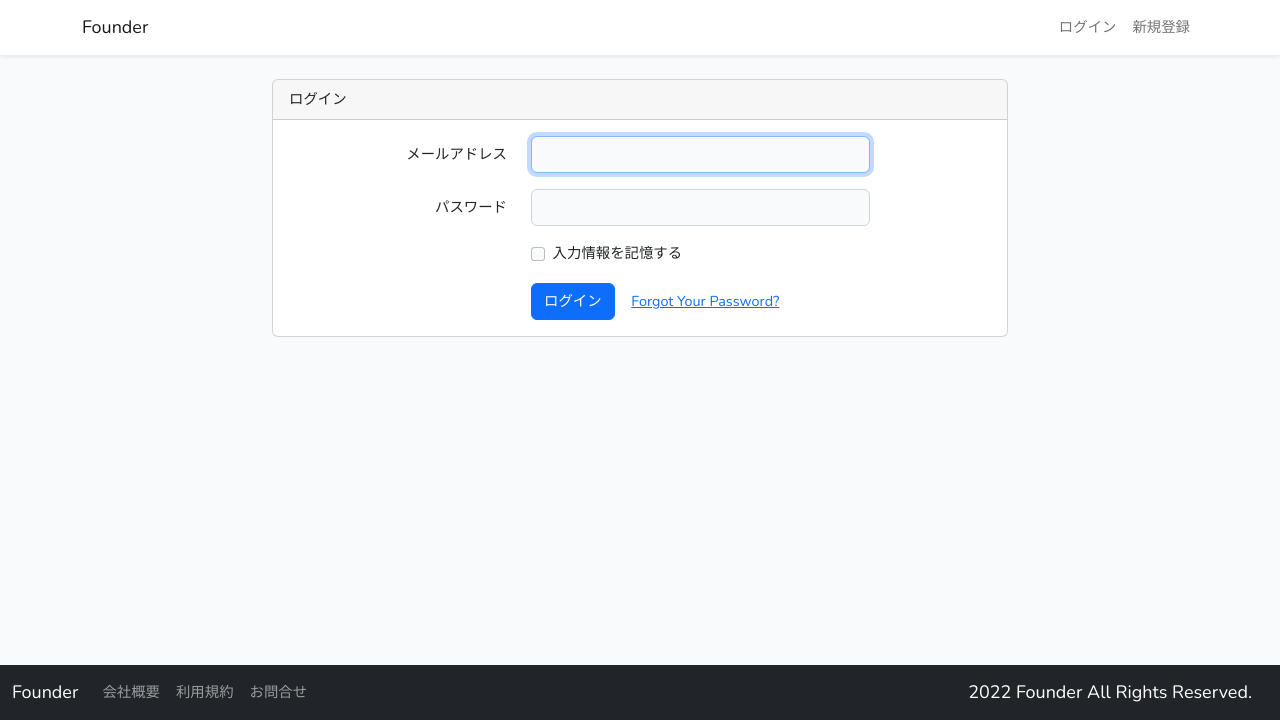
Repository: kazuro-yasuda/Founder_01
Page: http://localhost/login
The author's editor kept a record of every edit. The page is drawn from the files as they stood at one moment, then again after the next edit.
The browser window is 1280 px wide. The pictures show the whole page.
The page is served by the project's Laravel application, run on PHP 8.4 with Laravel 9. Other server files are loaded and not shown.

Above is the page before.
Console error: TypeError: Cannot set properties of null (setting 'onclick')

### cms/app/Providers/AppServiceProvider.php
<?php

namespace App\Providers;

use Illuminate\Support\ServiceProvider;
use Illuminate\Routing\UrlGenerator;//この行を追加

class AppServiceProvider extends ServiceProvider
{
    /**
     * Register any application services.
     *
     * @return void
     */
    public function register()
    {
        //
    }

    /**
     * Bootstrap any application services.
     *
     * @return void
     */
    public function boot(UrlGenerator $url)
    {
        $url->forceScheme('https');
    }
}

### cms/routes/web.php
<?php

use Illuminate\Support\Facades\Route;
use Illuminate\Http\Request;
use App\Http\Controllers\WelcomeFounderController;
use App\Http\Controllers\ItemsController;
use App\Http\Controllers\ItemController;
use App\Http\Controllers\ItemsAdminController;
use App\Http\Controllers\CompareController;
use App\Http\Controllers\MediumCategoryController;
use App\Http\Controllers\ImageController;
use App\Http\Controllers\ItemDetailController;



/*
|--------------------------------------------------------------------------
| Web Routes
|--------------------------------------------------------------------------
|
| Here is where you can register web routes for your application. These
| routes are loaded by the RouteServiceProvider within a group which
| contains the "web" middleware group. Now create something great!
|
*/
//[ ユーザー側の画面関係]

//トップページ表示
Route::get('/', [WelcomeFounderController::class, 'index']);

//中カテゴリーページ表示
Route::get('/categories',  [MediumCategoryController::class, 'index']);

//商品一覧ページ表示
Route::get('/items',   [ItemsController::class, 'index']);

// いいねボタン
 Route::post('/items/{item_id}', [ItemsController::class, 'nice']);

//商品詳細ページ表示
Route::get('/item/{id}', [ItemController::class, 'index']);


//「気になるボタン」uniteテーブル・中間テーブルに保存
Route::post('/compare/create', [CompareController::class, 'create']);

//「気になるボタン」比較ページ表示
Route::post('/compare/{item_unite_id}', [CompareController::class, 'intereste']);

//中間テーブルのデータをもとに比較画面表示
//Route::get('/compare/{unite_id}', [CompareController::class, 'index']);





//[ 管理者側の画面関係]
// ①商品の追加ダッシュボード表示(items_admin.blade.php)
 Route::get('/items_admin', [ItemsAdminController::class, 'index']);

 // ②商品を追加
 Route::post('/add_item', [ItemsAdminController::class, 'store']);


// //③商品更新処理
// Route::post('/@@@',[ItemsAdminController::class, 'update']);

// //④商品削除
// Route::delete('/@@@k/{@@@}',[ItemsAdminController::class, 'destroy']);


//画像アップロード画面表示
//Route::get('/image', [ImageController::class, 'index']);

//画像アップロード処理
//Route::post('/image/upload',[ImageController::class, 'upload']);




Auth::routes();

Route::get('/home', [App\Http\Controllers\HomeController::class, 'index'])->name('home');

### cms/resources/views/auth/login.blade.php
@extends('layouts.app')

@section('content')
<div class="container">
    <div class="row justify-content-center">
        <div class="col-md-8">
            <div class="card">
                <div class="card-header">{{ __('ログイン') }}</div>

                <div class="card-body">
                    <form method="POST" action="{{ route('login') }}">
                        @csrf

                        <div class="row mb-3">
                            <label for="email" class="col-md-4 col-form-label text-md-end">{{ __('メールアドレス') }}</label>

                            <div class="col-md-6">
                                <input id="email" type="email" class="form-control @error('email') is-invalid @enderror" name="email" value="{{ old('email') }}" required autocomplete="email" autofocus>

                                @error('email')
                                    <span class="invalid-feedback" role="alert">
                                        <strong>{{ $message }}</strong>
                                    </span>
                                @enderror
                            </div>
                        </div>

                        <div class="row mb-3">
                            <label for="password" class="col-md-4 col-form-label text-md-end">{{ __('パスワード') }}</label>

                            <div class="col-md-6">
                                <input id="password" type="password" class="form-control @error('password') is-invalid @enderror" name="password" required autocomplete="current-password">

                                @error('password')
                                    <span class="invalid-feedback" role="alert">
                                        <strong>{{ $message }}</strong>
                                    </span>
                                @enderror
                            </div>
                        </div>

                        <div class="row mb-3">
                            <div class="col-md-6 offset-md-4">
                                <div class="form-check">
                                    <input class="form-check-input" type="checkbox" name="remember" id="remember" {{ old('remember') ? 'checked' : '' }}>

                                    <label class="form-check-label" for="remember">
                                        {{ __('入力情報を記憶する') }}
                                    </label>
                                </div>
                            </div>
                        </div>

                        <div class="row mb-0">
                            <div class="col-md-8 offset-md-4">
                                <button type="submit" class="btn btn-primary">
                                    {{ __('ログイン') }}
                                </button>

                                @if (Route::has('password.request'))
                                    <a class="btn btn-link" href="{{ route('password.request') }}">
                                        {{ __('Forgot Your Password?') }}
                                    </a>
                                @endif
                            </div>
                        </div>
                    </form>
                </div>
            </div>
        </div>
    </div>
</div>
@endsection

### cms/resources/views/layouts/app.blade.php
<!doctype html>
<html lang="{{ str_replace('_', '-', app()->getLocale()) }}">
<head>
    <meta charset="utf-8">
    <meta name="viewport" content="width=device-width, initial-scale=1">

    <!-- CSRF Token -->
    <meta name="csrf-token" content="{{ csrf_token() }}">

    <title>{{ config('app.name', 'Laravel') }}</title>

    <!-- Scripts -->
    <script src="{{ asset('js/app.js') }}" defer></script>
    <script src="{{ asset('js/intereste_btn.js') }}" defer></script>

    <!-- Fonts -->
    <link rel="dns-prefetch" href="//fonts.gstatic.com">
    <link href="https://fonts.googleapis.com/css?family=Nunito" rel="stylesheet">

    <!-- Styles -->
    <link href="{{ asset('css/app.css') }}" rel="stylesheet">
    <link href="{{ asset('css/items_ranking.css') }}" rel="stylesheet">

</head>
<body>
    <div id="app">
        <nav class="navbar navbar-expand-md navbar-light bg-white shadow-sm">
            <div class="container">

                <a class="navbar-brand" href="{{ url('/categories') }}">
                    {{ config('app.name', 'Founder') }}
                </a>
                <button class="navbar-toggler" type="button" data-bs-toggle="collapse" data-bs-target="#navbarSupportedContent" aria-controls="navbarSupportedContent" aria-expanded="false" aria-label="{{ __('Toggle navigation') }}">
                    <span class="navbar-toggler-icon"></span>
                </button>

                <div class="collapse navbar-collapse" id="navbarSupportedContent">
                    <!-- Left Side Of Navbar -->
                    <ul class="navbar-nav me-auto">

                    </ul>

                    <!-- Right Side Of Navbar -->
                    <ul class="navbar-nav ms-auto">
                        <!-- Authentication Links -->
                        @guest
                            @if (Route::has('login'))
                                <li class="nav-item">
                                    <a class="nav-link" href="{{ route('login') }}">{{ __('ログイン') }}</a>
                                </li>
                            @endif

                            @if (Route::has('register'))
                                <li class="nav-item">
                                    <a class="nav-link" href="{{ route('register') }}">{{ __('新規登録') }}</a>
                                </li>
                            @endif
                        @else
                            <li class="nav-item dropdown">
                                <a id="navbarDropdown" class="nav-link dropdown-toggle" href="#" role="button" data-bs-toggle="dropdown" aria-haspopup="true" aria-expanded="false" v-pre>
                                    {{ Auth::user()->name }}
                                </a>

                                <div class="dropdown-menu dropdown-menu-end" aria-labelledby="navbarDropdown">
                                    <a class="dropdown-item" href="{{ route('logout') }}"
                                       onclick="event.preventDefault();
                                                     document.getElementById('logout-form').submit();">
                                        {{ __('Logout') }}
                                    </a>

                                    <form id="logout-form" action="{{ route('logout') }}" method="POST" class="d-none">
                                        @csrf
                                    </form>
                                </div>
                            </li>
                        @endguest
                    </ul>
                </div>
            </div>
        </nav>

        <main class="py-4">
            @yield('content')
        </main>
    </div>



    <!--フッター-->
  <nav class="navbar fixed-bottom navbar-expand-sm navbar-dark bg-dark">
  <div class="container-fluid">
    <a class="navbar-brand" href="/">Founder</a>
    <button class="navbar-toggler" type="button" data-bs-toggle="collapse" data-bs-target="#navbarCollapse" aria-controls="navbarCollapse" aria-expanded="false" aria-label="Toggle navigation">
      <span class="navbar-toggler-icon"></span>
    </button>
    <div class="collapse navbar-collapse" id="navbarCollapse">
      <ul class="navbar-nav">

        <li class="nav-item">
          <a class="nav-link" href="#">会社概要</a>
        </li>
            <li class="nav-item">
          <a class="nav-link" href="#">利用規約</a>
        </li>
            <li class="nav-item">
          <a class="nav-link" href="#">お問合せ</a>
        </li>

      </ul>
      <a class="navbar-brand ms-auto bd-highlight">2022 Founder All Rights Reserved.</a>

    </div>
  </div>
</nav>


    <!--bootstrap-->
    <script src="https://cdn.jsdelivr.net/npm/bootstrap@5.0.2/dist/js/bootstrap.bundle.min.js" integrity="sha384-MrcW6ZMFYlzcLA8Nl+NtUVF0sA7MsXsP1UyJoMp4YLEuNSfAP+JcXn/tWtIaxVXM" crossorigin="anonymous"></script>

</body>
</html>

### cms/public/js/intereste_btn.js
function onchange(){

    //　①チェックが入ったら気になるボタンのhiddenにitem_idが追加される

    var inputs = document.querySelectorAll('input[type=checkbox]');
    console.log(inputs);




    // document.getElementById("hidden_item").value = "item_id";
    // console.log("test");

  //  let item_id = '1,2,3,4,5';
 //   item_id.split(',')  // ['1', '2', '3']


    // 　②上記で取得した値(item_id)を、比較ボタンのhidden(items[])に追加する
  //  document.getElementById("compare_item").value= "item_id";



}

console.log("testtest");

var inputs = document.querySelectorAll('input[type=checkbox]');
document.getElementById('compare').onclick = function(){
     for(var i=0; i<inputs.length; i++) {
         if(inputs[i].checked){
             console
         }
         console.log(inputs[i].value) ;
     }
    // somethingChanged();
}

console.log(inputs);
console.log("testtest2");



// function onchange() {

//     let element;
//     if(document.getElementById("checkbox").checked) {

//   　　　  // チェックが入っていたら、「比較画面」への送信ボタンのdisabledを外す
//         element = document.getElementById("compare");
//         element.disabled = false;

//     }else {
//         // チェックが外れていたら、「比較画面」への送信ボタンにdisabledを付ける
//         element = document.getElementById("compare");
//         element.disabled = true;
//     }

// }

### cms/public/css/items_ranking.css

.ranking {
  counter-reset: rank;
  list-style: none
}

.ranking li {
  position: relative;
  float: left;
}

.ranking li:not(:last-child) {
  margin-bottom: 10px;
}

.ranking li::before { /* ラベルのスタイル */
  content: "";
  position: absolute;
  border-bottom: 100px solid transparent;
  border-left: 100px solid rgba(0,0,0,0.8);
}

.ranking li::after { /* 順位（文字）のスタイル */
  counter-increment: rank;
  content: counter(rank) " 位";
  position: absolute;
  top: 10px;
  left: 10px;
  font-size: 1.2em;
  color: #fff;
}

Loaded but not shown: cms/app/Http/Controllers/Auth/ConfirmPasswordController.php (common file); cms/app/Http/Controllers/Controller.php (common file); cms/app/Http/Controllers/Auth/LoginController.php (common file); cms/public/css/app.css (library)

After the next edit:
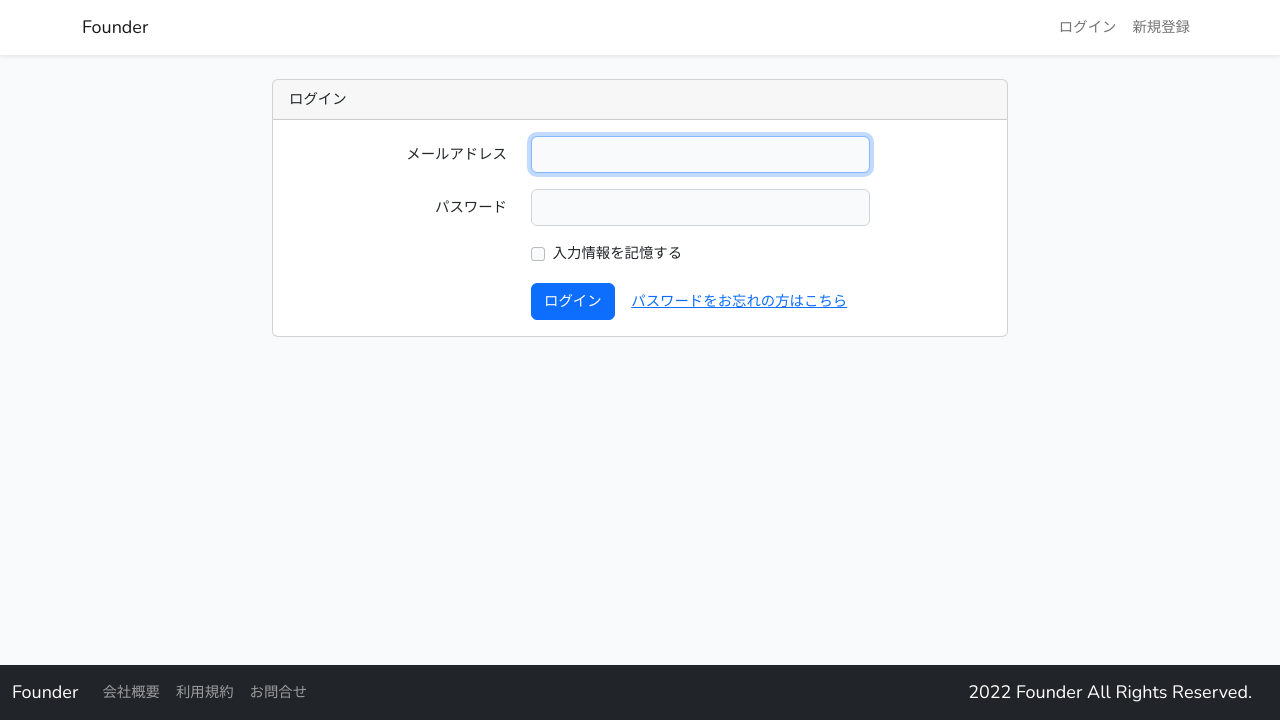
The edit:
--- a/cms/resources/views/auth/login.blade.php
+++ b/cms/resources/views/auth/login.blade.php
@@ -59,7 +59,7 @@
 
                                 @if (Route::has('password.request'))
                                     <a class="btn btn-link" href="{{ route('password.request') }}">
-                                        {{ __('Forgot Your Password?') }}
+                                        {{ __('パスワードをお忘れの方はこちら') }}
                                     </a>
                                 @endif
                             </div>
